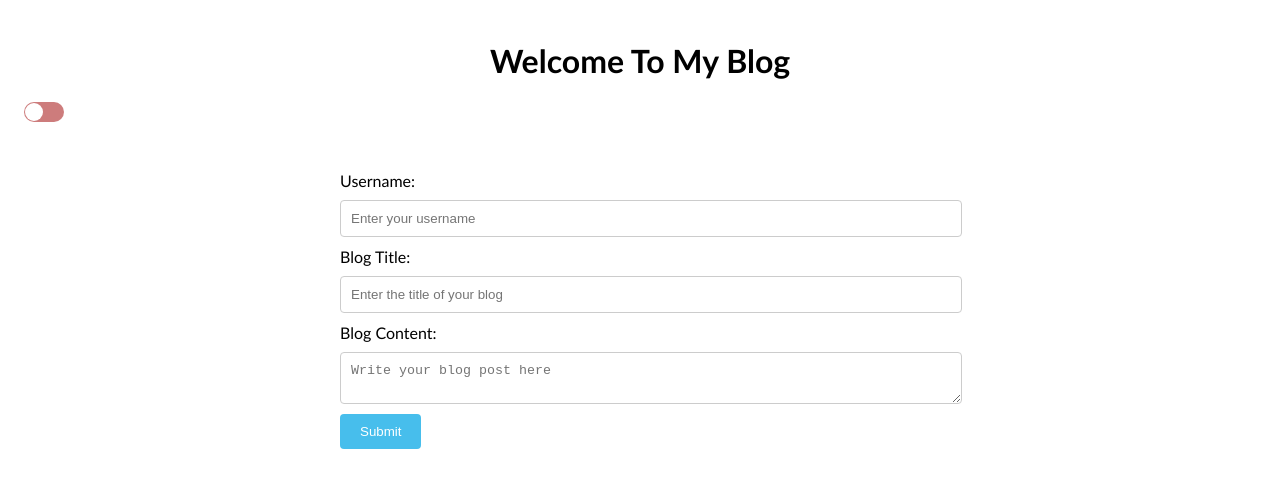
Repository: PaigeC001/WeatherOutlookTracker
Page: Challenge-4/index.html
These files come from the project's save history. The page is drawn as it stood at one moment and after the next save; the edit follows.
The browser window is 1280 px wide. The pictures show the whole page.

Above is the page before, as saved 2024-06-25 01:11:38.

After the next save:
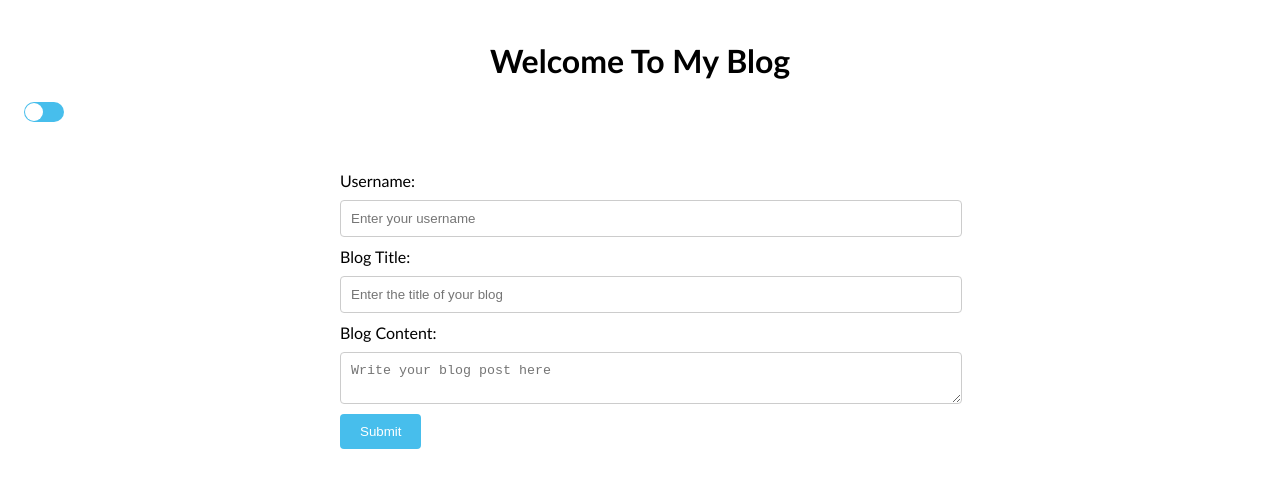
Saved 41 s later.
--- a/Challenge-4/styles.css
+++ b/Challenge-4/styles.css
@@ -57,7 +57,7 @@ button:hover {
     height: 20px;
     appearance: none;
     -webkit-appearance: none;
-    background-color: #cd7c7c;
+    background-color: #47beec;
     outline: none;
     border-radius: 10px;
     cursor: pointer;
